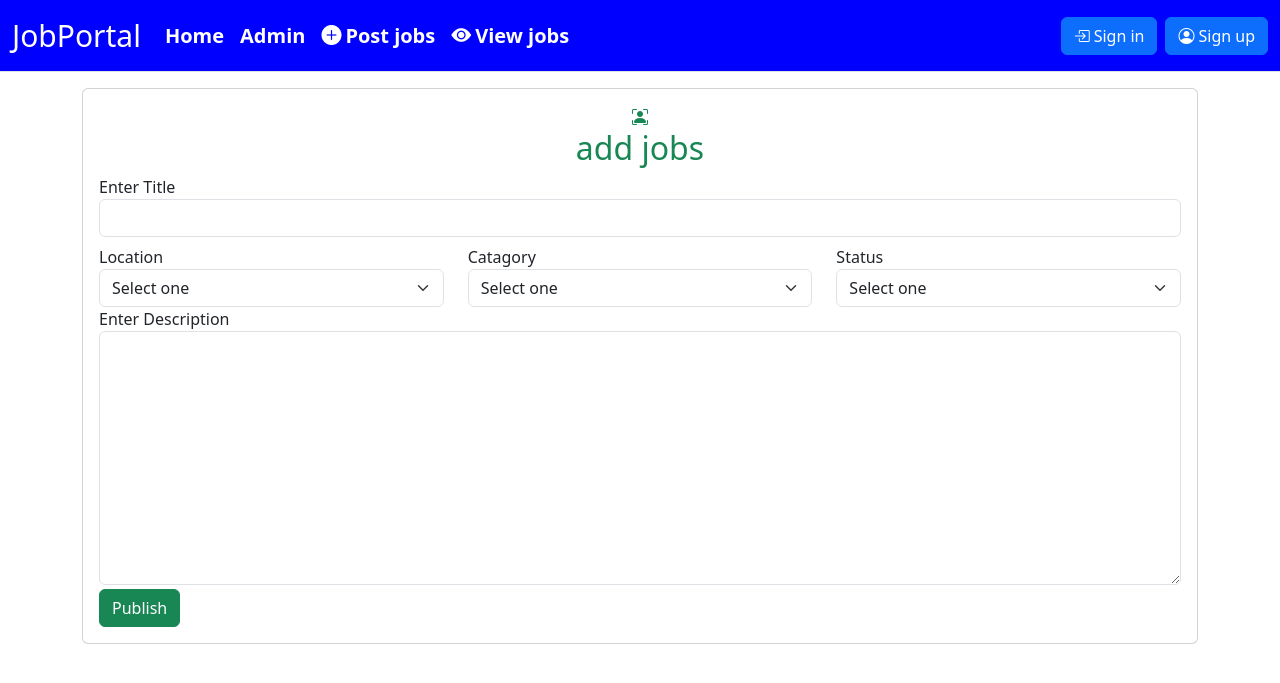
Repository: smruti12344/Job_Portal
Page: http://localhost/Job_portal/add_job.jsp
An editor plug-in stored every save of this project. The page is shown before and after the next save, followed by the edit.
The browser window is 1280 px wide. The pictures show the whole page.
The page is served by Tomcat 9.

Above is the page before, as saved 2024-04-15 10:14:28.

After the next save:
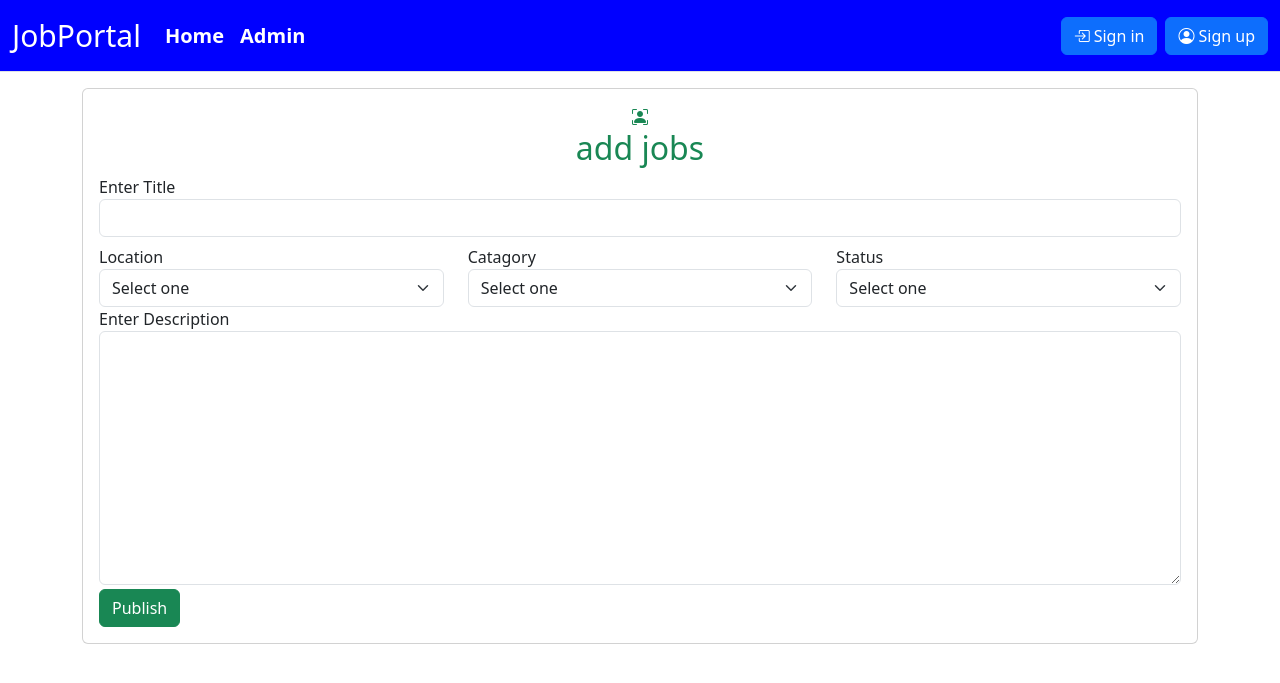
Saved 2 min 40 s later.
--- a/Job_portal/src/main/webapp/Components/navbar.jsp
+++ b/Job_portal/src/main/webapp/Components/navbar.jsp
@@ -14,12 +14,16 @@
         <li class="nav-item">
           <a class="nav-link active" aria-current="page" href="admin.jsp">Admin</a>
         </li>
-        <li class="nav-item">
+        <c:if test="${user eq 'admin@gmail.com' }">
+           <li class="nav-item">
           <a class="nav-link" href="add_job.jsp"><i class="bi bi-plus-circle-fill me-1"></i>Post jobs</a>
         </li>
         <li class="nav-item">
           <a class="nav-link" href="View.jsp"><i class="bi bi-eye-fill me-1"></i>View jobs</a>
         </li>
+        </c:if>
+
+
 
 
       </ul>
